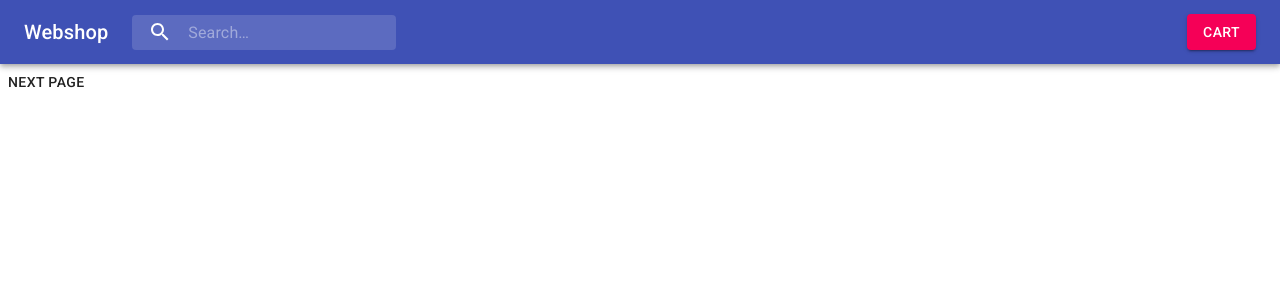
Repository: milac0/webshop
Page: /
An editor plug-in stored every save of this project. The page is shown before and after the next save, followed by the edit.
The browser window is 1280 px wide. The pictures show the whole page.
The page's requests for data from a server got no answer. The project was rebuilt for these pictures with package versions that can differ from the ones it lists, and the page was loaded fresh each time. No one was signed in, and anything a server would have sent is missing. Also part of the build but not shown: src/App.css, src/components/Product.js, src/pages/Cart.js, src/pages/Product.js, src/pages/NotFound.js.

Above is the page before, as saved 2019-11-04 15:08:48.

After the next save:
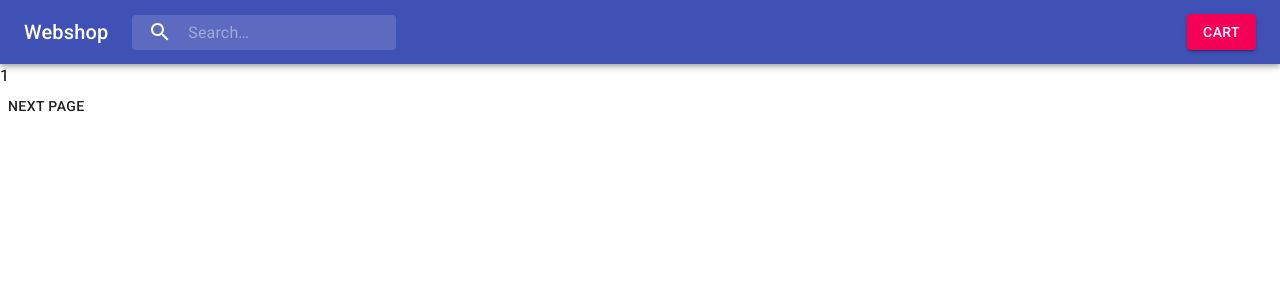
Saved 43 s later.
--- a/src/pages/Home.js
+++ b/src/pages/Home.js
@@ -3,6 +3,7 @@ import axios from "axios";
 import Product from '../components/Product'
 //mui
 import Button from '@material-ui/core/Button'
+import Typography from '@material-ui/core/Typography'
 
 const Home = () => {
   const [products, setProducts] = useState([]);
@@ -34,6 +35,7 @@ const Home = () => {
             )
         })
       )}
+      <Typography>{page}</Typography>
       <Button onClick={handleClick}>next page</Button>
     </div>
   );
